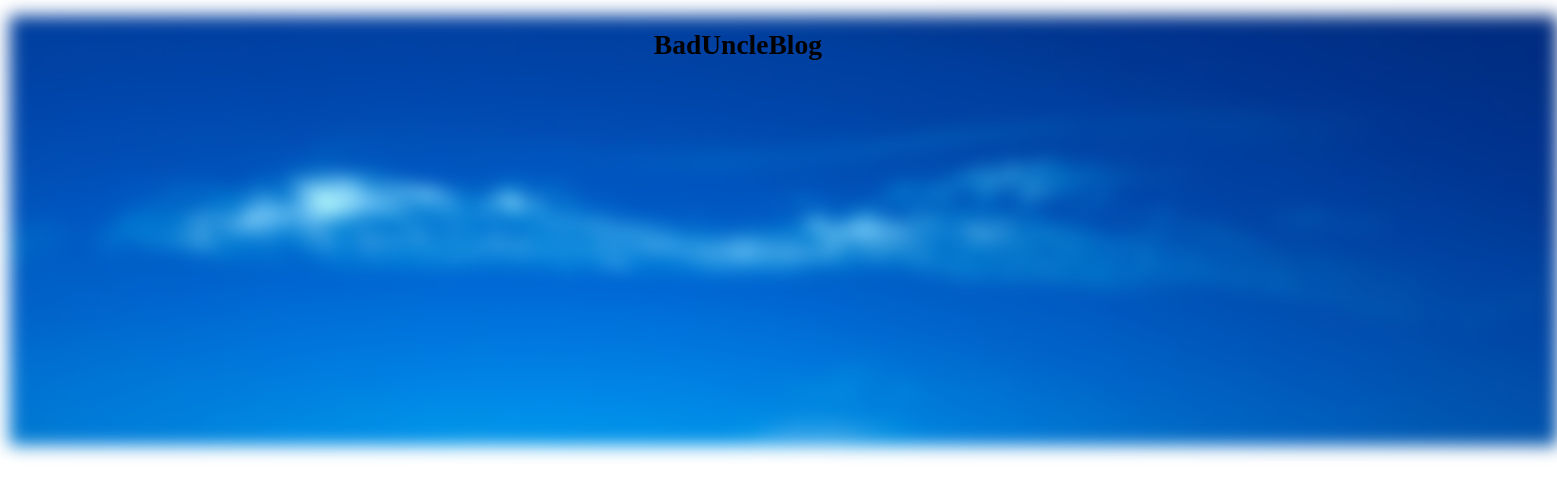
Repository: lidasi/monkeyLife
Page: http://localhost/monkeyLife/jsp/topbar.jsp
The author's editor kept a copy of each file at every save. The page is drawn from the files as they stood at one save, then again after the next save.
The browser window is 1280 px wide. The page is 1811 px wide, so the pictures cover 1811 px, including what lies to the right of the window. The pictures show the whole page, at 86% of full size.
The page is served by Tomcat 9.

Above is the page before, as saved 2017-07-13 07:25:03.

### workSpeaces/monkeyLife/WebContent/css/top.css
@CHARSET "UTF-8";
#div-relative{position:relative;
	width:100%;
	height:200px}
#backgroundImage{
	position:absolute;
	left:3px;
	top:10px;
/*    border: 1px solid #CCCCCC;
    padding:90px 5px 10px;*/
    background: url("../image/dock/backgroundImage.jpg") no-repeat;
    background-size: cover;
    -webkit-filter: blur(10px);
    -ms-filter: blur(10px);
    filter: progid:DXImageTransform.Microsoft.Blur(PixelRadius=10, MakeShadow=false);
    animation:mymove 5s infinite;
    -webkit-animation:mymove 5s infinite;
}
 @keyframes mymove
{
    0%   {top:10px; background:url("../image/dock/backgroundImage.jpg"); position:absolute;}
    50% {top:10px; background:url("../image/dock/background_001.jpg"); position:absolute;}
    100% {top:10px; background:url("../image/dock/backgroundImage.jpg"); position:absolute;}
}

@-webkit-keyframes mymove
{
    0%   {top:0px; background:url("../image/dock/backgroundImage.jpg" position:absolute;);
    }
    50%   {top:0px; background:url("../image/dock/background_001.jpg" position:absolute;);
    }
    100% {top:0px; background:url("../image/dock/backgroundImage.jpg" position:absolute;);
    }
}
#title{
	position:absolute; left:300px; top:5px; width: 1100px; height: 300px; text-align: center;
}

Loaded but not shown: workSpeaces/monkeyLife/WebContent/jsp/topbar.jsp (common file); workSpeaces/monkeyLife/WebContent/js/jquery.min.js (library)

After the next save:
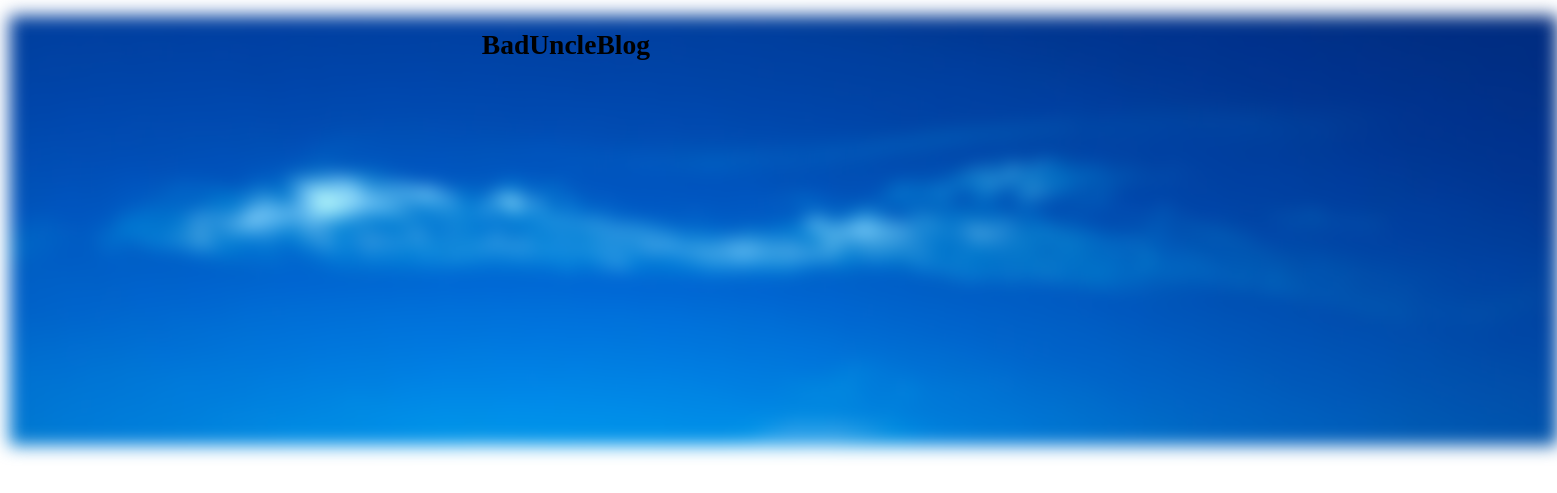
Saved 59 s later.
--- a/workSpeaces/monkeyLife/WebContent/css/top.css
+++ b/workSpeaces/monkeyLife/WebContent/css/top.css
@@ -33,5 +33,7 @@
     }
 }
 #title{
-	position:absolute; left:300px; top:5px; width: 1100px; height: 300px; text-align: center;
+	position:absolute;
+	left:100px;
+	top:5px; width: 1100px; height: 300px; text-align: center;
 }
